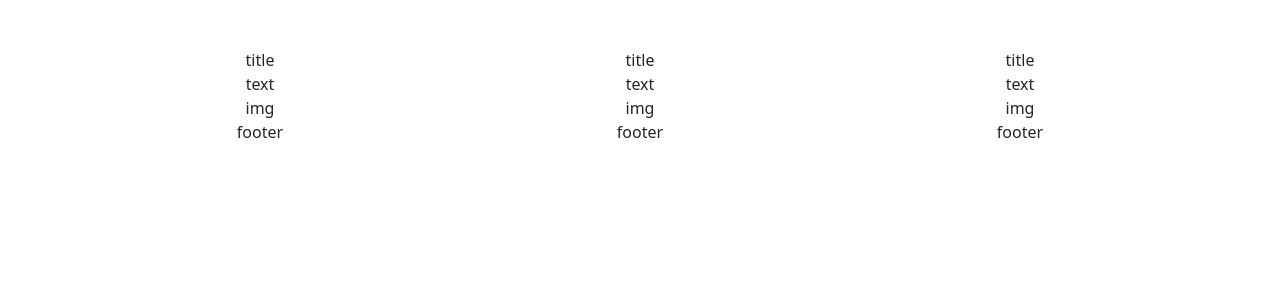
Repository: jorgi710/Prueba-Bootstrap
Page: /
The author's editor kept a copy of each file at every save. The page is drawn from the files as they stood at one save, then again after the next save.
The browser window is 1280 px wide. The pictures show the whole page.
The project was rebuilt for these pictures with package versions that can differ from the ones it lists, and the page was loaded fresh each time. Also part of the build but not shown: src/App.css.

Above is the page before, as saved 2021-03-30 10:21:46.

After the next save:
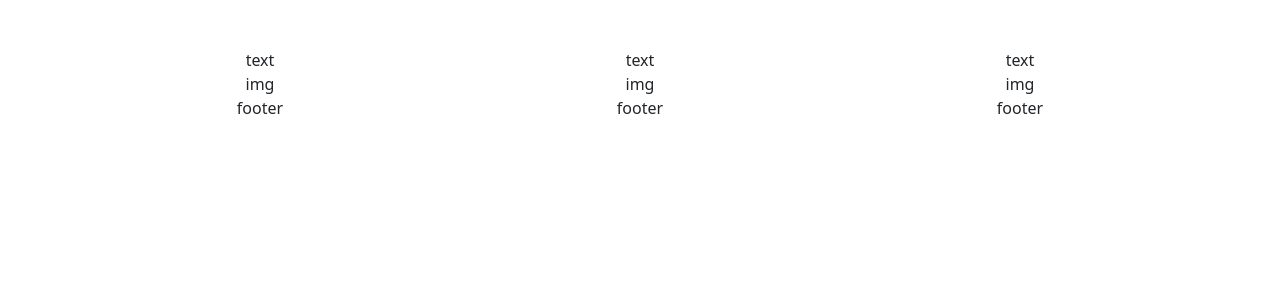
Saved 54 s later.
--- a/src/components/Header.jsx
+++ b/src/components/Header.jsx
@@ -3,7 +3,9 @@ import React from 'react'
 const Header = () => {
     return (
         <>
-            <div>title</div>
+            <div className="bg-primary">
+
+            </div>
             <div>text</div>
             <div>img</div>
             <div>footer</div>
